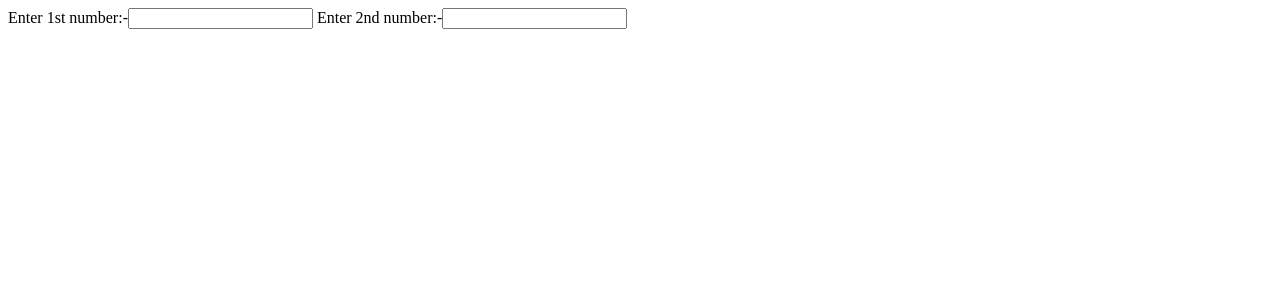
Repository: RishabhKumr/WebServices
Page: Testing/WebContent/index.html
These files come from the project's save history. The page is drawn as it stood at one moment and after the next save; the edit follows.
The browser window is 1280 px wide. The pictures show the whole page.

Above is the page before, as saved 2020-03-02 09:56:29.

After the next save:
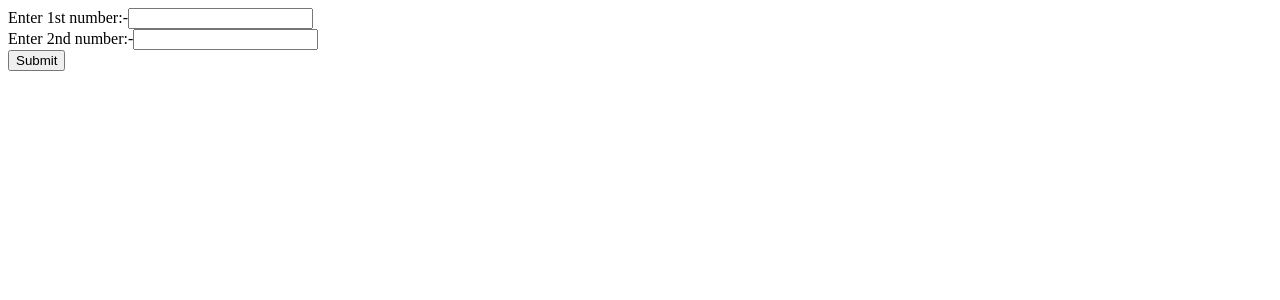
Saved 2 min 42 s later.
--- a/Testing/WebContent/index.html
+++ b/Testing/WebContent/index.html
@@ -6,8 +6,9 @@
 </head>
 <body>
 <form action="add">
-Enter 1st number:-<input type="text" name="num1">
-Enter 2nd number:-<input type="text" name="num2">
+Enter 1st number:-<input type="text" name="num1"><br>
+Enter 2nd number:-<input type="text" name="num2"><br>
+<input type="submit">
 </form>
 </body>
 </html>
